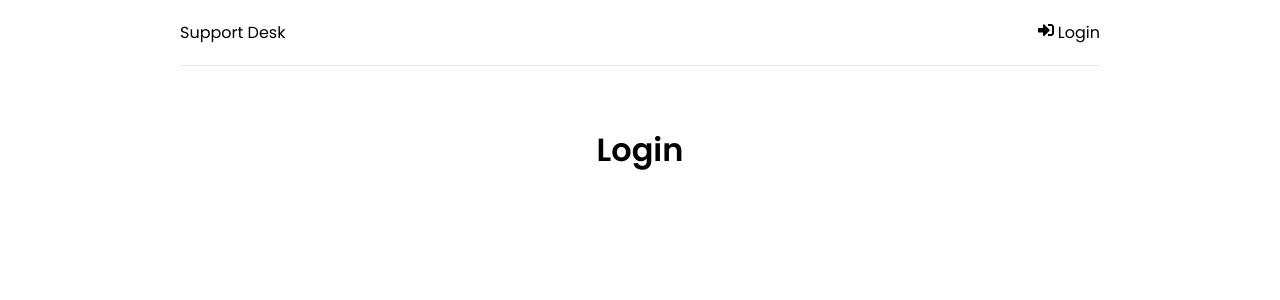
Repository: benjamins1995/support-desk
Page: /login (app in frontend/)
The author's editor kept a copy of each file at every save. The page is drawn from the files as they stood at one save, then again after the next save.
The browser window is 1280 px wide. The pictures show the whole page.
The project was rebuilt for these pictures with package versions that can differ from the ones it lists, and the page was loaded fresh each time. Also part of the build but not shown: frontend/src/pages/Register.jsx. Imported but missing from the stored project, and not drawn on this page: frontend/src/features/counter/counterSlice, frontend/src/pages/Home.

Above is the page before, as saved 2022-03-01 20:55:13.

After the next save:
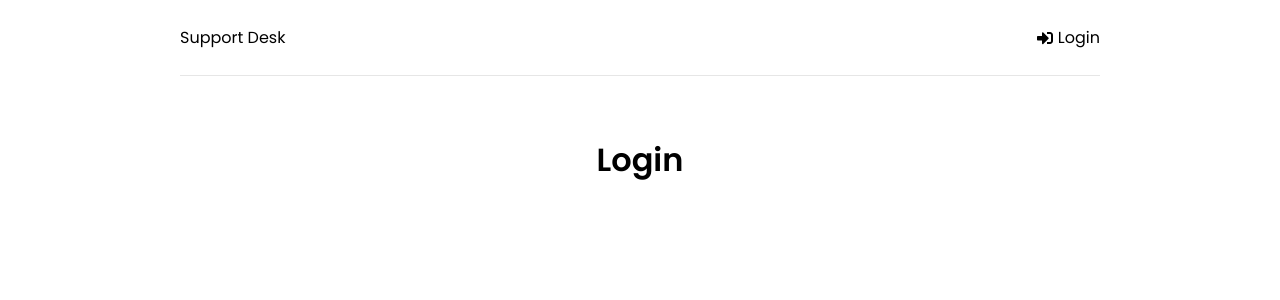
Saved 25 s later.
--- a/frontend/src/components/Header.jsx
+++ b/frontend/src/components/Header.jsx
@@ -8,9 +8,11 @@ function Header() {
         <Link to='/'> Support Desk</Link>
       </div>
       <ul>
-        <Link to='/login'>
-          <FaSignInAlt /> Login
-        </Link>
+        <li>
+          <Link to='/login'>
+            <FaSignInAlt /> Login
+          </Link>
+        </li>
       </ul>
     </header>
   );
